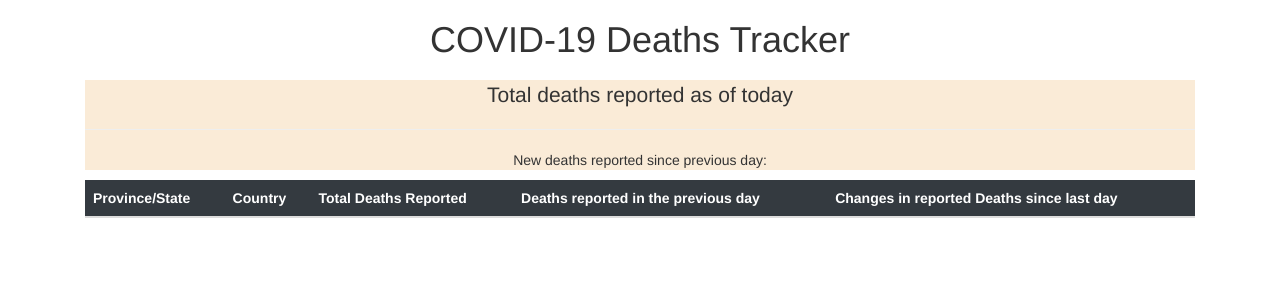
Repository: kimjuneyoung5/Bootcamp-Java
Page: http://localhost/CovidTrackingApp/WEB-INF/deaths.jsp
An editor plug-in stored every save of this project. The page is shown before and after the next save, followed by the edit.
The browser window is 1280 px wide. The pictures show the whole page.
The page is served by Tomcat 9. Nobody is signed in. Other server files are loaded and not shown. The template is opened directly, without the code that normally fills it, so the values that code supplies are empty.

Above is the page before, as saved 2021-10-02 06:11:11.

### oop/CovidTrackingApp/src/main/webapp/WEB-INF/deaths.jsp
<%@ page language="java" contentType="text/html; charset=UTF-8"
    pageEncoding="UTF-8"%>
<%@ taglib prefix="c" uri="http://java.sun.com/jsp/jstl/core" %>
<%@ taglib prefix="form" uri="http://www.springframework.org/tags/form"%>
<%@ page isErrorPage="true" %>
<!DOCTYPE html>
<html xmlns:th="http://www.thymeleaf.org">
<head>
	<title>COVID-19 Deaths Tracker</title>
	<meta http-equiv="Content-Type" content="text/html; charset=UTF-8" />
    <link rel="stylesheet" href="https://stackpath.bootstrapcdn.com/bootstrap/4.4.1/css/bootstrap.min.css" integrity="sha384-Vkoo8x4CGsO3+Hhxv8T/Q5PaXtkKtu6ug5TOeNV6gBiFeWPGFN9MuhOf23Q9Ifjh" crossorigin="anonymous">
    <link rel="stylesheet"
		href="https://maxcdn.bootstrapcdn.com/bootstrap/3.3.7/css/bootstrap.min.css" />
    <style>
    	.container{
    		text-align:center;
    	}
    	.container1{
    		text-align:center;
    		background-color: antiquewhite;
    	}
    	.display{
    		line-height:1.2;
    	}
    	.line{
    		margin-top:1.5rem!important;
    	}
    </style>
</head>
<body>

<div class="container">
<h1>COVID-19 Deaths Tracker</h1>

<div class="container1">
    <h1 class="display"><c:out value="${totalReportedDeaths}"/></h1>
    <p class="lead">Total deaths reported as of today</p>
    <hr class="line">
    <p>
        <span>New deaths reported since previous day:</span>
        <span><c:out value="${totalNewDeaths}" /></span>
    </p>

</div>
    <table class="table table-dark">
    	<thead>
        	<tr>
            	<th>Province/State</th>
            	<th>Country</th>
            	<th>Total Deaths Reported</th>
            	<th>Deaths reported in the previous day</th>
            	<th>Changes in reported Deaths since last day</th>
        	</tr>
        </thead>
        <tbody>
        	<c:forEach var="deathsStat"  items="${deathsStats}">
        		<tr>
        			<c:if test="${deathsStat.provinceState == ''}">
            			<td><c:out value="${deathsStat.countryRegion}"/></td>
            		</c:if>
            		<c:if test="${deathsStat.provinceState != ''}">
            			<td><c:out value="${deathsStat.provinceState}"/></td>
            		</c:if>
            		<td><c:out value="${deathsStat.countryRegion}"/></td>
            		<td><c:out value="${deathsStat.latestTotalDeaths}"/></td>
            		<td><c:out value="${deathsStat.prevDayDeaths}"/></td>
            		<td><c:out value="${deathsStat.diffFromPrevDay}"/></td>
        		</tr>
        	</c:forEach>
        </tbody>
    </table>
</div>

</body>
</html>

After the next save:
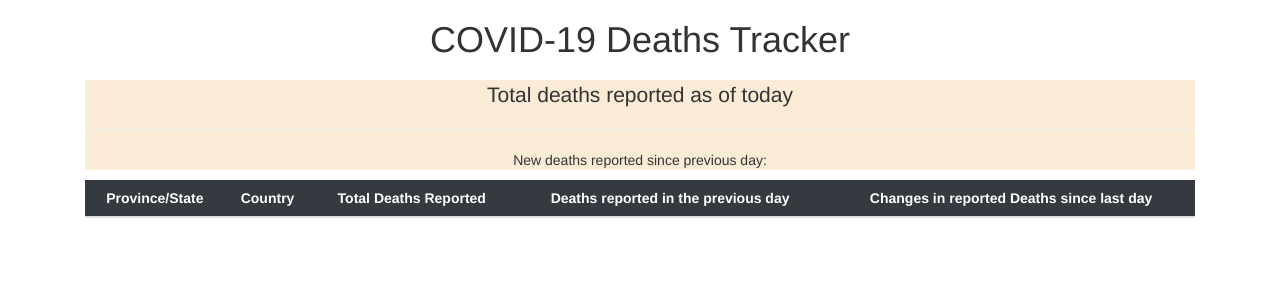
Saved 70 s later.
--- a/oop/CovidTrackingApp/src/main/webapp/WEB-INF/deaths.jsp
+++ b/oop/CovidTrackingApp/src/main/webapp/WEB-INF/deaths.jsp
@@ -24,6 +24,9 @@
     	}
     	.line{
     		margin-top:1.5rem!important;
+    	}
+    	.table>thead>tr>th {
+    		text-align:center;
     	}
     </style>
 </head>
